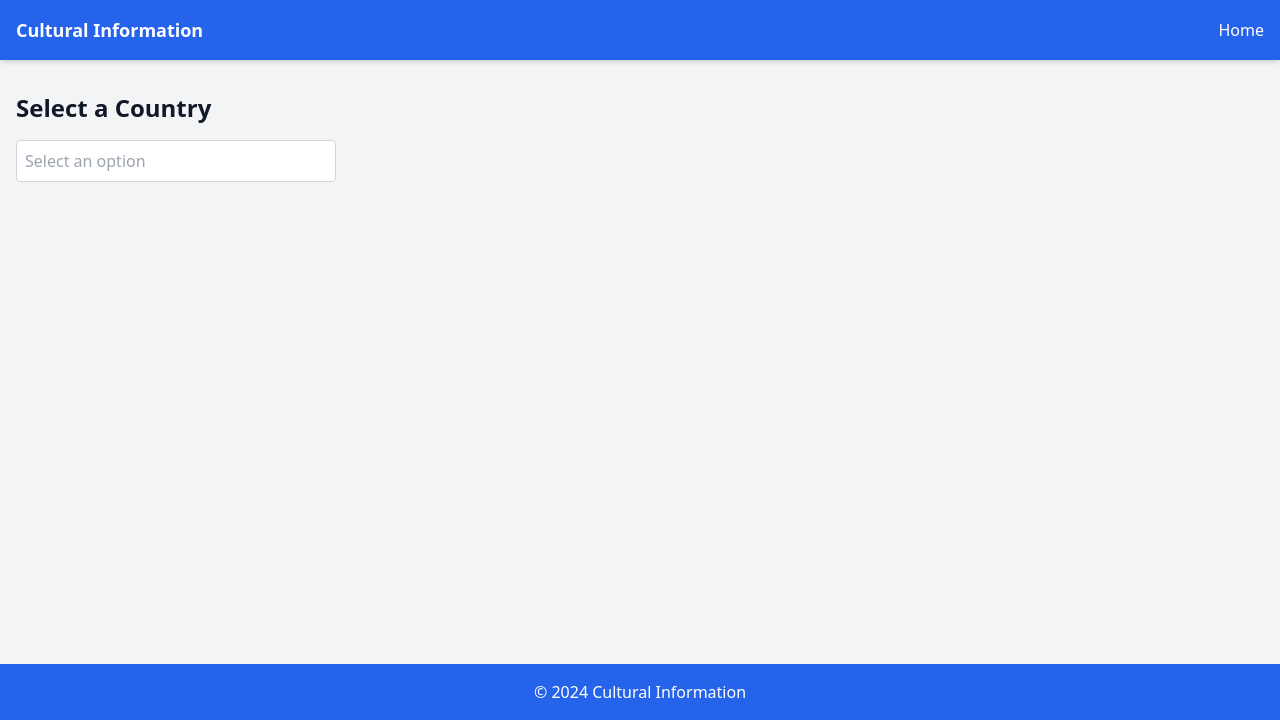
Repository: SmanSayeed/culture
Page: /
An editor plug-in stored every save of this project. The page is shown before and after the next save, followed by the edit.
The browser window is 1280 px wide. The pictures show the whole page.
The project was rebuilt for these pictures with package versions that can differ from the ones it lists, and the page was loaded fresh each time. The framework's server and built-in components were replaced by stand-ins that run in the browser. Also part of the build but not shown: next.config.ts, vite.config.ts.

Above is the page before, as saved 2024-10-30 15:37:15.

### src/app/layout.tsx
import type { Metadata } from "next";
import localFont from "next/font/local";
import "./globals.css";
import Layout from "@/components/Layout/Layout";

const geistSans = localFont({
  src: "./fonts/GeistVF.woff",
  variable: "--font-geist-sans",
  weight: "100 900",
});
const geistMono = localFont({
  src: "./fonts/GeistMonoVF.woff",
  variable: "--font-geist-mono",
  weight: "100 900",
});

export const metadata: Metadata = {
  title: "Create Next App",
  description: "Generated by create next app",
};

export default function RootLayout({
  children,
}: Readonly<{
  children: React.ReactNode;
}>) {
  return (
    <html lang="en">
      <body
        className={`${geistSans.variable} ${geistMono.variable} antialiased`}
      >
        <Layout>
        {children}
        </Layout>

      </body>
    </html>
  );
}

### src/app/page.tsx
import Home from "@/components/Home/Home";
import Image from "next/image";

export default function page() {
  return (
   <>
    <Home/>
   </>
  );
}

### src/components/Layout/Layout.tsx
'use client'
import React, { useState } from 'react';

import Footer from './Footer';
import Header from './Header';

interface LayoutProps {
  children: React.ReactNode;
}

const Layout: React.FC<LayoutProps> = ({ children }) => {

  return (
    <div className="flex flex-col min-h-screen bg-gray-100 text-gray-900">
     <Header/>

      {/* Main Content */}
      <main className="flex-grow container mx-auto px-4 py-8">{children}</main>
<Footer/>
    </div>
  );
};

export default Layout;

### src/components/Home/Home.tsx
"use client";
import React, { useState } from "react";
import SearchableSelect from "../Atoms/SearchableSelect";
import { countries } from "@/utils/countries";
import { cultureData } from "@/utils/culture";
import Table from "../Atoms/Table";
type Props = {};

export interface Option {
    label: string;
    value: string;
  }

export default function Home({}: Props) {
    const [culturesInfo,setCulturesInfo]=useState([]);
    const options: Option[] = countries.map((country) => ({
        label: country.name,
        value: country.code,
      }));
  const handleSelect = (option: { label: string; value: string }) => {
    // alert(`Selected: ${option.label}`);
    cultureData.map((culture) => {
        if(culture.code==option.value){
            setCulturesInfo(culture.culture);
        }
      })
  };



  <Table data={cultureData} />

  return (
    <>
      <div className="">
        <div>
          <h1 className="text-2xl mb-4 font-bold">Select a Country</h1>
          <SearchableSelect options={options} onSelect={handleSelect} />
        </div>
      </div>
    </>
  );
}

### src/components/Layout/Footer.tsx
import { siteInfo } from '@/utils/siteInfo'
import React from 'react'

type Props = {}

export default function Footer({}: Props) {
  return (
    <>
      {/* Footer */}
      <footer className="bg-blue-600 text-white py-4 text-center">
        <p>&copy; {new Date().getFullYear()} {siteInfo.siteTitle}</p>
      </footer>
    </>
  )
}

### src/components/Layout/Header.tsx
'use client'
import React, { useState } from 'react'
import Link from 'next/link';
import { siteInfo } from '@/utils/siteInfo';
type Props = {}

export default function Header({}: Props) {

  const [drawerOpen, setDrawerOpen] = useState(false);
  return (
    <>
         {/* Header */}
      <header className="bg-blue-600 text-white shadow-md">
        <div className="container mx-auto px-4 py-4 flex justify-between items-center">
          <h1 className="text-lg font-semibold">{siteInfo.siteTitle}</h1>

          {/* Navigation for Desktop */}
          <nav className="hidden md:flex space-x-6">
            <Link href="/" className="hover:text-blue-300">Home</Link>
          </nav>

          {/* Hamburger Menu for Mobile */}
          <button
            className="md:hidden text-white focus:outline-none"
            onClick={() => setDrawerOpen(true)}
          >
            <svg
              className="w-6 h-6"
              fill="none"
              stroke="currentColor"
              viewBox="0 0 24 24"
              xmlns="http://www.w3.org/2000/svg"
            >
              <path strokeLinecap="round" strokeLinejoin="round" strokeWidth={2} d="M4 6h16M4 12h16M4 18h16" />
            </svg>
          </button>
        </div>
      </header>

      {/* Side Drawer for Mobile */}
      <div
        className={`fixed inset-0 bg-gray-800 bg-opacity-50 z-10 transition-opacity ${
          drawerOpen ? 'opacity-100 pointer-events-auto' : 'opacity-0 pointer-events-none'
        }`}
        onClick={() => setDrawerOpen(false)}
      ></div>
      <div
        className={`fixed top-0 left-0 h-full bg-white w-64 z-20 transform transition-transform ${
          drawerOpen ? 'translate-x-0' : '-translate-x-full'
        }`}
      >
        <div className="flex justify-between items-center px-4 py-4 bg-blue-600 text-white">
          <h2 className="text-lg font-semibold">Menu</h2>
          <button
            className="text-white focus:outline-none"
            onClick={() => setDrawerOpen(false)}
          >
            <svg
              className="w-6 h-6"
              fill="none"
              stroke="currentColor"
              viewBox="0 0 24 24"
              xmlns="http://www.w3.org/2000/svg"
            >
              <path strokeLinecap="round" strokeLinejoin="round" strokeWidth={2} d="M6 18L18 6M6 6l12 12" />
            </svg>
          </button>
        </div>
        <nav className="flex flex-col p-4 space-y-4">
          <Link href="/" className="hover:bg-gray-100 p-2 rounded" onClick={() => setDrawerOpen(false)}>Home</Link>
          <Link href="/about" className="hover:bg-gray-100 p-2 rounded" onClick={() => setDrawerOpen(false)}>About</Link>
          <Link href="/contact" className="hover:bg-gray-100 p-2 rounded" onClick={() => setDrawerOpen(false)}>Contact</Link>
        </nav>
      </div>
    </>
  )
}

### src/components/Atoms/SearchableSelect.tsx
// components/SearchableSelect.tsx

'use client'
import React, { useState } from 'react';

interface Option {
  label: string;
  value: string;
}

interface SearchableSelectProps {
  options: Option[];
  onSelect: (option: Option) => void;
}

const SearchableSelect: React.FC<SearchableSelectProps> = ({ options, onSelect }) => {
  const [searchTerm, setSearchTerm] = useState('');
  const [isOpen, setIsOpen] = useState(false);

  const handleSearchChange = (event: React.ChangeEvent<HTMLInputElement>) => {
    setSearchTerm(event.target.value);
    setIsOpen(true);
  };

  const handleSelect = (option: Option) => {
    onSelect(option);
    setSearchTerm(option.label); // Set selected option as search term
    setIsOpen(false);
  };

  const filteredOptions = options.filter(option =>
    option.label.toLowerCase().includes(searchTerm.toLowerCase())
  );

  return (
    <div className="relative w-full max-w-xs">
      <input
        type="text"
        value={searchTerm}
        onChange={handleSearchChange}
        onClick={() => setIsOpen(true)}
        placeholder="Select an option"
        className="w-full p-2 border border-gray-300 rounded focus:outline-none focus:ring-2 focus:ring-blue-400"
      />
      {isOpen && filteredOptions.length > 0 && (
        <div className="absolute mt-1 w-full bg-white border border-gray-300 rounded shadow-lg z-10 max-h-48 overflow-y-auto">
          {filteredOptions.map((option, index) => (
            <div
              key={index}
              onClick={() => handleSelect(option)}
              className="cursor-pointer p-2 hover:bg-blue-500 hover:text-white"
            >
              {option.label}
            </div>
          ))}
        </div>
      )}
    </div>
  );
};

export default SearchableSelect;

### src/utils/culture.ts
import { culture } from '../../.history/src/utils/culture_20241030153316';



export type cultureType = {
    key: string;
    value: string;
}

export type cultureDataType = {
    country:string;
    code:string;
    culture:Array<cultureType>;
}

export const cultureData:Array<cultureDataType> =[
    {
        country:"Bangladesh",
        code:"BD",
        culture:[
            { key: "Centralized decision-making", value: "High" },
            { key: "Managers’ influence", value: "High" },
            { key: "Deference", value: "High" },
            { key: "Establish trust", value: "High" },
            { key: "Solving conflicts by favoritism", value: "Moderate" },
            { key: "Avoiding conflicts", value: "Moderate" },
            { key: "Hierarchical structure", value: "Moderate" },
            { key: "Punctuality", value: "Low" },
            { key: "Building relationships", value: "High" },
            { key: "Safeguard workmates’ jobs", value: "Low" },
            { key: "Communication context", value: "High" },
            { key: "Coordination and collaboration/Team work", value: "Moderate" },
            { key: "Gender preference", value: "High" },

          ]
    },
    {
        country:"USA",
        code:"US",
        culture:[
            { key: "Subordinate avoid taking risks", value: "Moderate" },
            { key: "Clients’ resistance", value: "High" },
            { key: "Belief in expertise", value: "Low" },
            { key: "Aiming for quick results", value: "N/A" },
            { key: "Relying on previous projects", value: "Low" },
            { key: "Dress code", value: "N/A" }
        ]
    },
    {
        country:"India",
        code:"IN",
        culture:[
            { key: "Subordinate avoid taking risks", value: "Moderate" },
            { key: "Clients’ resistance", value: "High" },
            { key: "Belief in expertise", value: "Low" },
            { key: "Aiming for quick results", value: "N/A" },
            { key: "Relying on previous projects", value: "Low" },
            { key: "Dress code", value: "N/A" }
        ]
    },
    {
        country:"China",
        code:"CN",
        culture:[
            { key: "Subordinate avoid taking risks", value: "Moderate" },
            { key: "Clients’ resistance", value: "High" },
            { key: "Belief in expertise", value: "Low" },
            { key: "Aiming for quick results", value: "N/A" },
            { key: "Relying on previous projects", value: "Low" },
            { key: "Dress code", value: "N/A" }
        ]
    },
    {
        country:"Japan",
        code:"JP",
        culture:[
            { key: "Subordinate avoid taking risks", value: "Moderate" },
            { key: "Clients’ resistance", value: "High" },
            { key: "Belief in expertise", value: "Low" },
            { key: "Aiming for quick results", value: "N/A" },
            { key: "Relying on previous projects", value: "Low" },
            { key: "Dress code", value: "N/A" }
        ]
    },
    {
        country:"Russia",
        code:"RU",
        culture:[
            { key: "Subordinate avoid taking risks", value: "Moderate" },
            { key: "Clients’ resistance", value: "High" },
            { key: "Belief in expertise", value: "Low" },
            { key: "Aiming for quick results", value: "N/A" },
            { key: "Relying on previous projects", value: "Low" },
            { key: "Dress code", value: "N/A" }
        ]
    },
    {
        country:"Brazil",
        code:"BR",
        culture:[
            { key: "Subordinate avoid taking risks", value: "Moderate" },
            { key: "Clients’ resistance", value: "High" },
            { key: "Belief in expertise", value: "Low" },
            { key: "Aiming for quick results", value: "N/A" },
            { key: "Relying on previous projects", value: "Low" },
            { key: "Dress code", value: "N/A" }
        ]
    },
    {
        country:"Australia",
        code:"AU",
        culture:[
            { key: "Subordinate avoid taking risks", value: "Moderate" },
            { key: "Clients’ resistance", value: "High" },
            { key: "Belief in expertise", value: "Low" },
            { key: "Aiming for quick results", value: "N/A" },
            { key: "Relying on previous projects", value: "Low" },
            { key: "Dress code", value: "N/A" }
        ]
    }
]

### src/utils/siteInfo.ts
export const siteInfo={
    siteTitle:"Cultural Information",
}

### src/components/Atoms/Table.tsx
import React from 'react';

type TableProps = {
  data: { key: string; value: string }[];
  country: string;
};

const Table: React.FC<TableProps> = ({ data,country }) => {
  return (
    <div className="overflow-x-auto">
      <table className="min-w-full border border-gray-300">
        <thead>
          <tr className="bg-gray-100">
            <th className="px-4 py-2 text-left text-sm font-semibold text-gray-700">Cultural Influences on RE activities for {country}</th>
            <th className="px-4 py-2 text-left text-sm font-semibold text-gray-700">Confidence Level</th>
          </tr>
        </thead>
        <tbody>
          {data.map((item, index) => (
            <tr key={index} className="odd:bg-white even:bg-gray-50">
              <td className="px-4 py-2 text-sm text-gray-800 break-words max-w-xs md:max-w-none">{item.key}</td>
              <td className="px-4 py-2 text-sm text-gray-800 break-words max-w-xs md:max-w-none">{item.value}</td>
            </tr>
          ))}
        </tbody>
      </table>
    </div>
  );
};

export default Table;

Loaded but not shown: src/app/globals.css (common file); tailwind.config.ts (common file); src/utils/countries.ts (617 lines, source omitted)

After the next save:
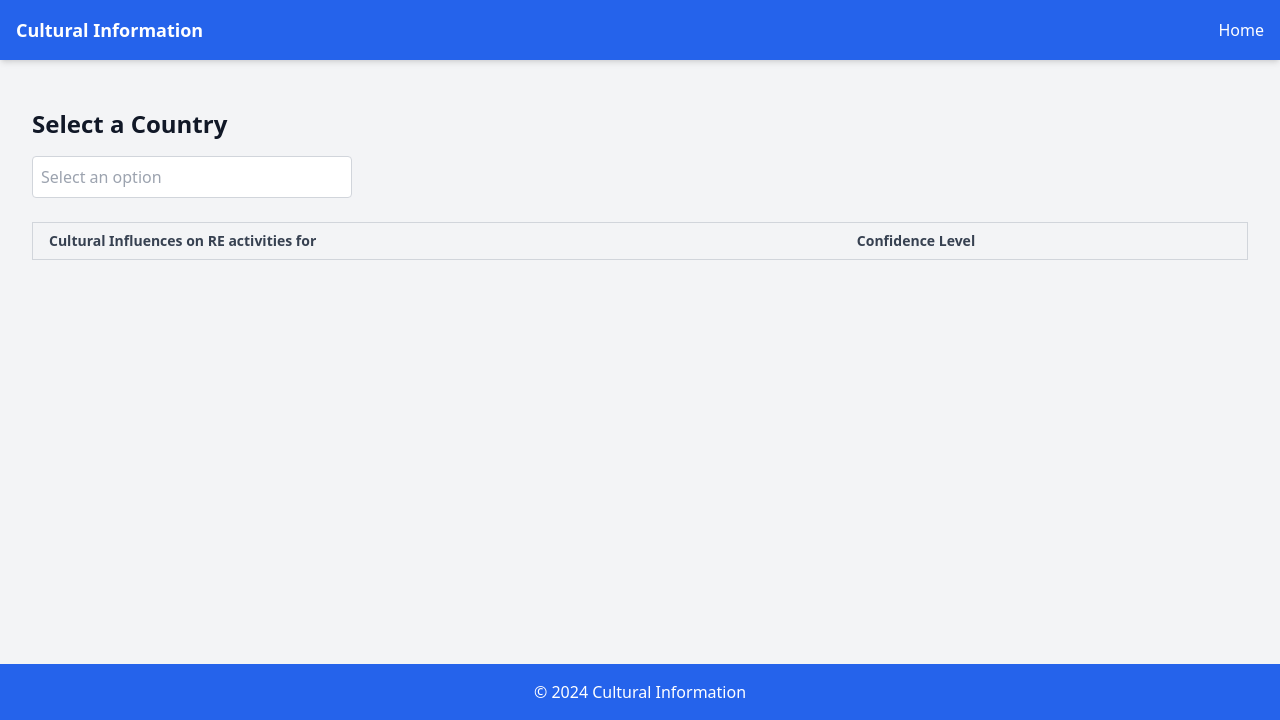
Saved 90 s later.
--- a/src/components/Home/Home.tsx
+++ b/src/components/Home/Home.tsx
@@ -1,43 +1,45 @@
-"use client";
-import React, { useState } from "react";
-import SearchableSelect from "../Atoms/SearchableSelect";
-import { countries } from "@/utils/countries";
-import { cultureData } from "@/utils/culture";
-import Table from "../Atoms/Table";
+// components/Home.tsx
+
+'use client';
+import React, { useState } from 'react';
+import SearchableSelect from '../Atoms/SearchableSelect';
+import Table from '../Atoms/Table';
+import { countries } from '@/utils/countries';
+import { cultureData, cultureDataType, cultureType } from '@/utils/culture';
+
 type Props = {};
 
 export interface Option {
-    label: string;
-    value: string;
-  }
+  label: string;
+  value: string;
+}
 
-export default function Home({}: Props) {
-    const [culturesInfo,setCulturesInfo]=useState([]);
-    const options: Option[] = countries.map((country) => ({
-        label: country.name,
-        value: country.code,
-      }));
-  const handleSelect = (option: { label: string; value: string }) => {
-    // alert(`Selected: ${option.label}`);
-    cultureData.map((culture) => {
-        if(culture.code==option.value){
-            setCulturesInfo(culture.culture);
-        }
-      })
+const Home: React.FC<Props> = () => {
+  const [culturesInfo, setCulturesInfo] = useState<cultureType[]>([]);
+
+  const options: Option[] = countries.map((country) => ({
+    label: country.name,
+    value: country.code,
+  }));
+
+  const handleSelect = (option: Option) => {
+    const selectedCulture = cultureData.find((culture) => culture.code === option.value);
+    if (selectedCulture) {
+      setCulturesInfo(selectedCulture.culture);
+    }
   };
-
-
-
-  <Table data={cultureData} />
 
   return (
     <>
-      <div className="">
-        <div>
-          <h1 className="text-2xl mb-4 font-bold">Select a Country</h1>
-          <SearchableSelect options={options} onSelect={handleSelect} />
+      <div className="p-4">
+        <h1 className="text-2xl mb-4 font-bold">Select a Country</h1>
+        <SearchableSelect options={options} onSelect={handleSelect} />
+        <div className="mt-6">
+          <Table data={culturesInfo} />
         </div>
       </div>
     </>
   );
-}
+};
+
+export default Home;
